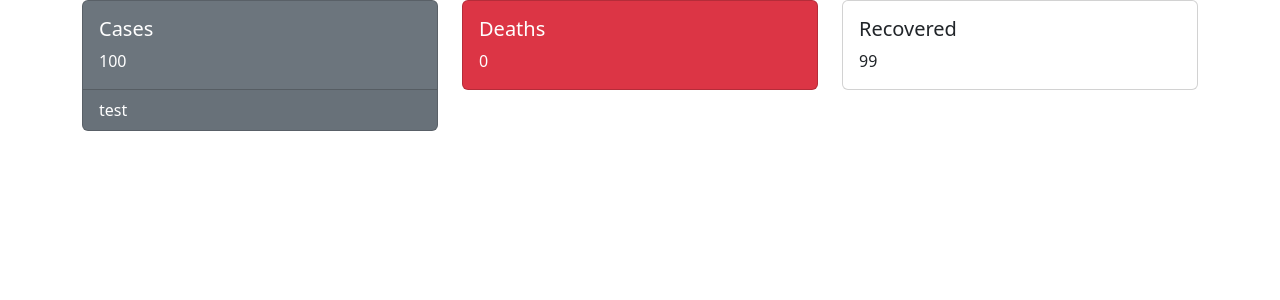
Repository: azizdeghais/CovidTracker
Page: /
An editor plug-in stored every save of this project. The page is shown before and after the next save, followed by the edit.
The browser window is 1280 px wide. The pictures show the whole page.
The project was rebuilt for these pictures with package versions that can differ from the ones it lists, and the page was loaded fresh each time. Also part of the build but not shown: vite.config.js.

Above is the page before, as saved 2023-03-09 15:50:02.

After the next save:
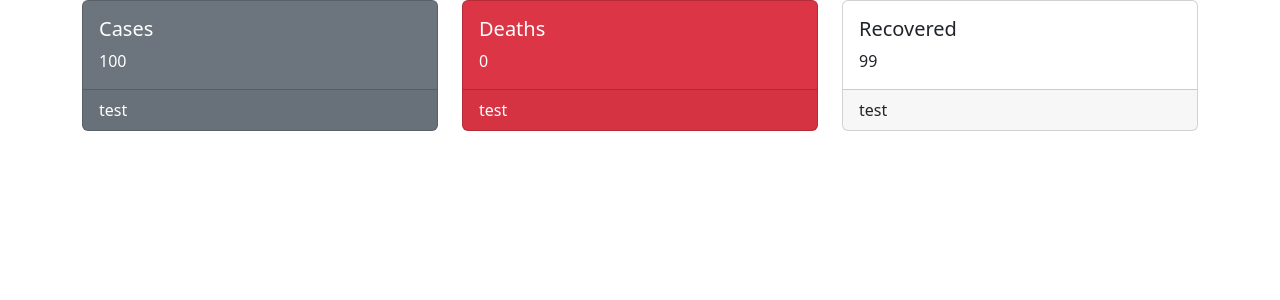
Saved 13 s later.
--- a/src/App.jsx
+++ b/src/App.jsx
@@ -36,6 +36,9 @@ function App() {
                 0
               </Card.Text>
             </Card.Body>
+            <Card.Footer>
+              test
+            </Card.Footer>
           </Card>
         </Col>
         <Col>
@@ -46,6 +49,9 @@ function App() {
                99
               </Card.Text>
             </Card.Body>
+            <Card.Footer>
+              test
+            </Card.Footer>
           </Card>
         </Col>
       </Row>
